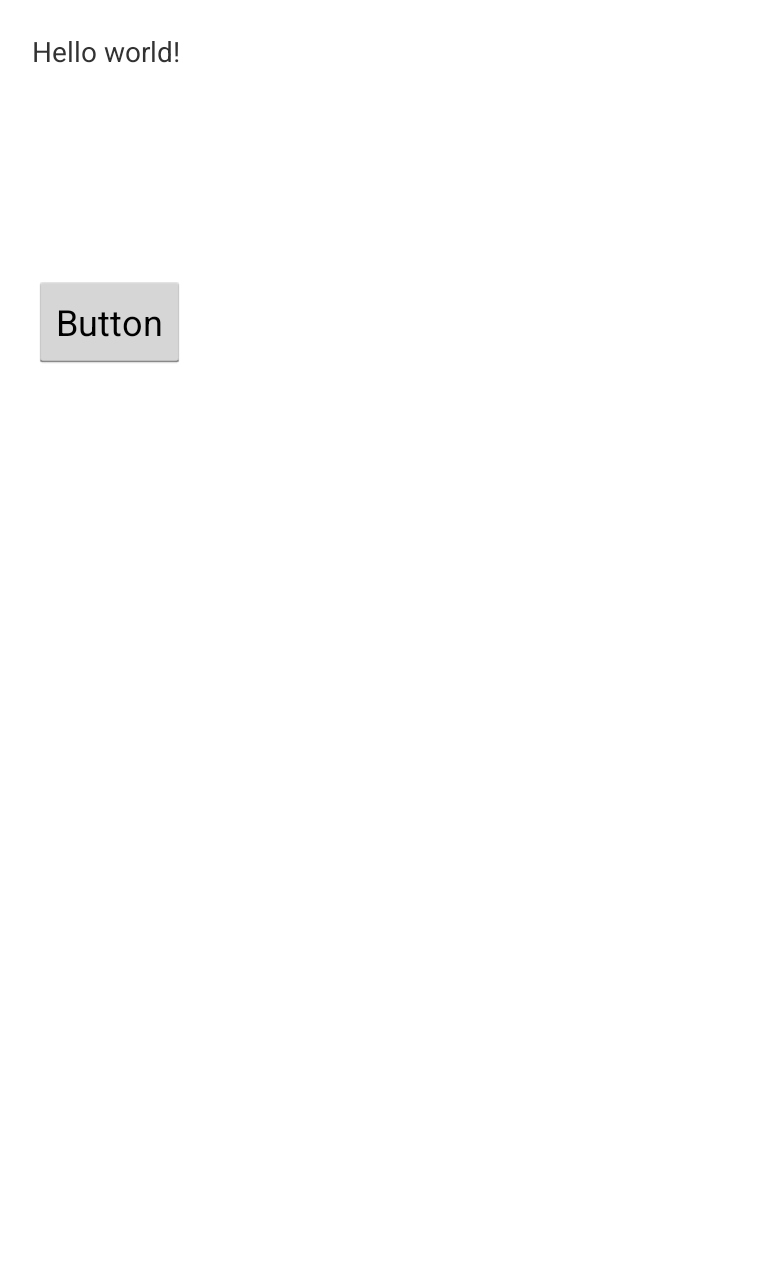
Repository: zjuapp/App
Layout: BaiduMap/res/layout/activity_main.xml
The author's editor kept a copy of each file at every save. The layout is drawn from the files as they stood at one save, then again after the next save.
It is drawn on a 768 x 1280 px phone screen (xhdpi) without system bars, with theme AppTheme; the app's code is not run.

Above is the layout before, as saved 2013-11-12 08:34:49.

### BaiduMap/res/layout/activity_main.xml
<LinearLayout xmlns:android="http://schemas.android.com/apk/res/android"
    xmlns:tools="http://schemas.android.com/tools"
    android:layout_width="match_parent"
    android:layout_height="match_parent"
    android:paddingBottom="@dimen/activity_vertical_margin"
    android:paddingLeft="@dimen/activity_horizontal_margin"
    android:paddingRight="@dimen/activity_horizontal_margin"
    android:paddingTop="@dimen/activity_vertical_margin"
    android:orientation="vertical"
    tools:context=".MainActivity" >

    <TextView
        android:id="@+id/textView2"
        android:layout_width="wrap_content"
        android:layout_height="wrap_content"
        android:layout_alignParentRight="true"
        android:text="@string/hello_world" />

    <Button
        android:id="@+id/button1"
        android:layout_width="wrap_content"
        android:layout_height="wrap_content"
        android:layout_marginTop="102dp"
        android:text="Button" />

</LinearLayout>

### BaiduMap/res/values/strings.xml
<?xml version="1.0" encoding="utf-8"?>
<resources>

    <string name="app_name">BaiduMap</string>
    <string name="action_settings">Settings</string>
    <string name="hello_world">Hello world!</string>

</resources>

Loaded but not shown: BaiduMap/res/values/styles.xml (common file); BaiduMap/res/values-v11/styles.xml (common file); BaiduMap/res/values-v14/styles.xml (common file); BaiduMap/res/values/dimens.xml (common file)

After the next save:
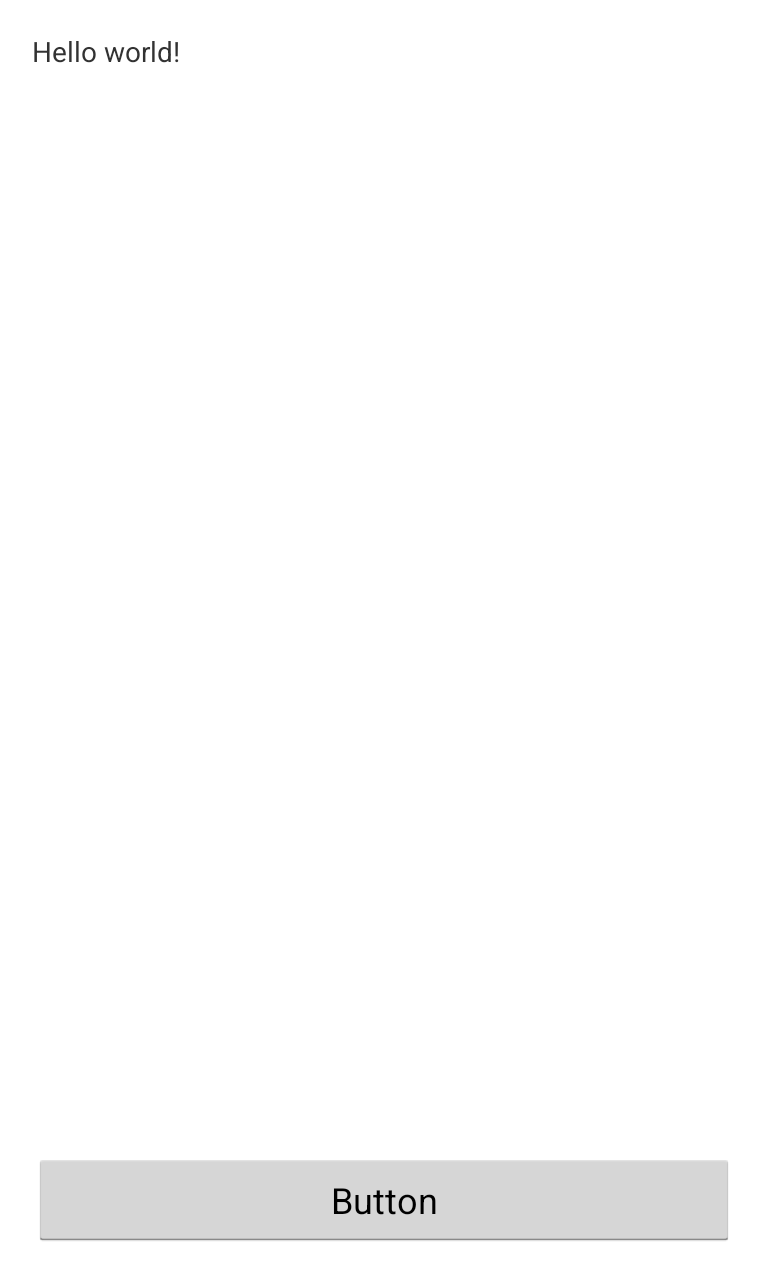
Saved 112 s later.
--- a/BaiduMap/res/layout/activity_main.xml
+++ b/BaiduMap/res/layout/activity_main.xml
@@ -2,23 +2,23 @@
     xmlns:tools="http://schemas.android.com/tools"
     android:layout_width="match_parent"
     android:layout_height="match_parent"
+    android:orientation="vertical"
     android:paddingBottom="@dimen/activity_vertical_margin"
     android:paddingLeft="@dimen/activity_horizontal_margin"
     android:paddingRight="@dimen/activity_horizontal_margin"
     android:paddingTop="@dimen/activity_vertical_margin"
-    android:orientation="vertical"
     tools:context=".MainActivity" >
 
     <TextView
         android:id="@+id/textView2"
-        android:layout_width="wrap_content"
-        android:layout_height="wrap_content"
-        android:layout_alignParentRight="true"
+        android:layout_width="match_parent"
+        android:layout_height="177dp"
+        android:layout_weight="0.14"
         android:text="@string/hello_world" />
 
     <Button
         android:id="@+id/button1"
-        android:layout_width="wrap_content"
+        android:layout_width="match_parent"
         android:layout_height="wrap_content"
         android:layout_marginTop="102dp"
         android:text="Button" />
